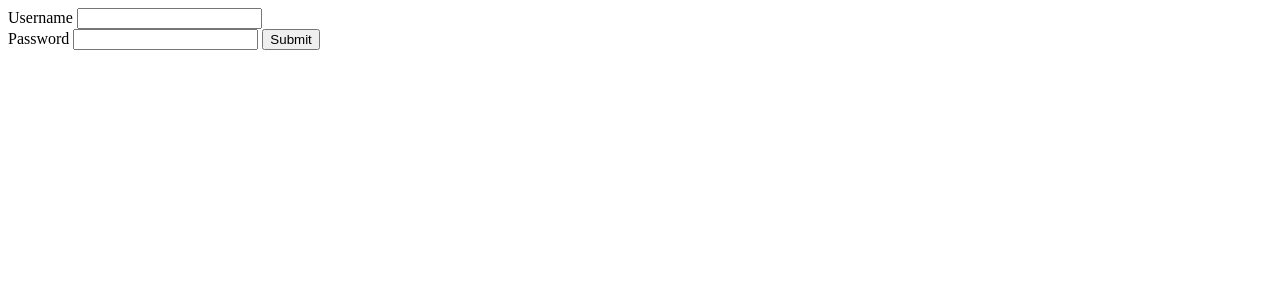
Repository: pratiksanglikar/Mobile-Based-Intelligent-Transport-System
Page: BEProjectJ2EEInterface/Sample1/WebContent/Home.html
The author's editor kept a copy of each file at every save. The page is drawn from the files as they stood at one save, then again after the next save.
The browser window is 1280 px wide. The pictures show the whole page.

Above is the page before, as saved 2012-12-14 05:57:10.

After the next save:
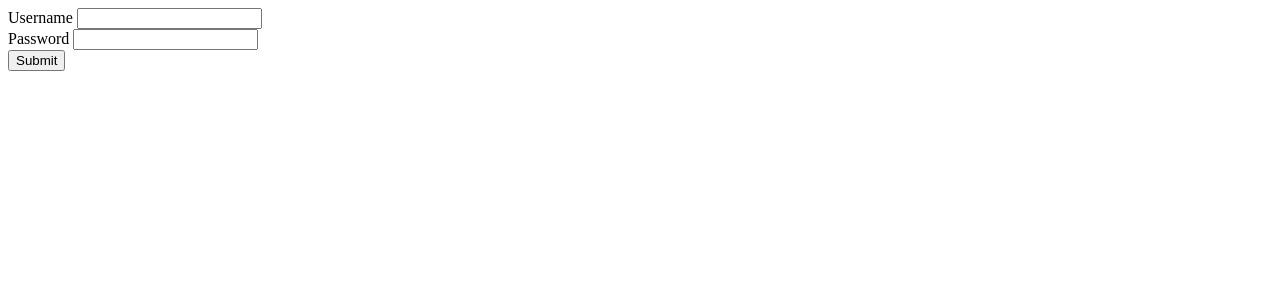
Saved 21 min 51 s later.
--- a/BEProjectJ2EEInterface/Sample1/WebContent/Home.html
+++ b/BEProjectJ2EEInterface/Sample1/WebContent/Home.html
@@ -9,7 +9,7 @@
 Username  <input type="text" name="username"/>
 <br>
 Password <input type="password" name="pwd"/>
-<input type="submit"/>
-</form>
+<br>
+</form><input type="submit">
 </body>
 </html>
